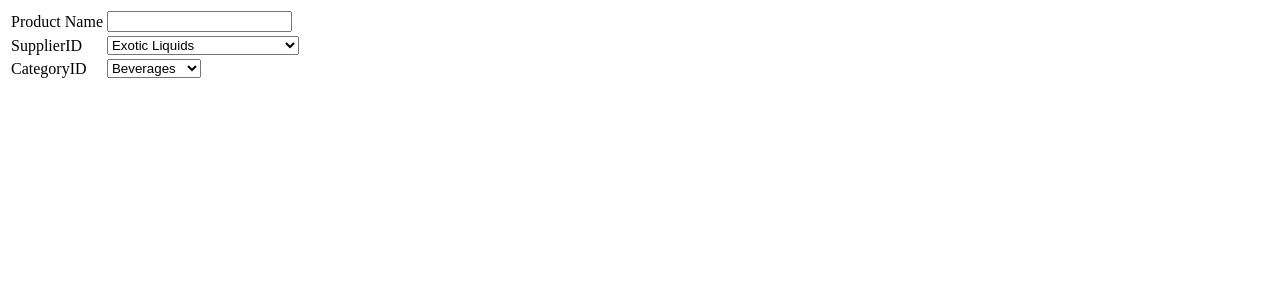
Repository: kaza1509/PRJ301
Page: SE1613/web/addProducts.html
An editor plug-in stored every save of this project. The page is shown before and after the next save, followed by the edit.
The browser window is 1280 px wide. The pictures show the whole page.

Above is the page before, as saved 2022-01-19 16:49:23.

After the next save:
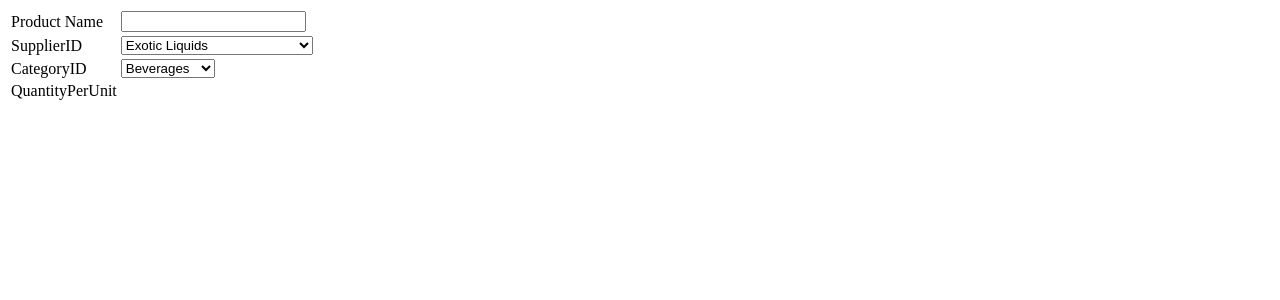
Saved 16 s later.
--- a/SE1613/web/addProducts.html
+++ b/SE1613/web/addProducts.html
@@ -35,7 +35,7 @@
                 </td>
             </tr>
             <tr>
-                <td></td>
+                <td>QuantityPerUnit</td>
                 <td></td>
             </tr>
             <tr>
